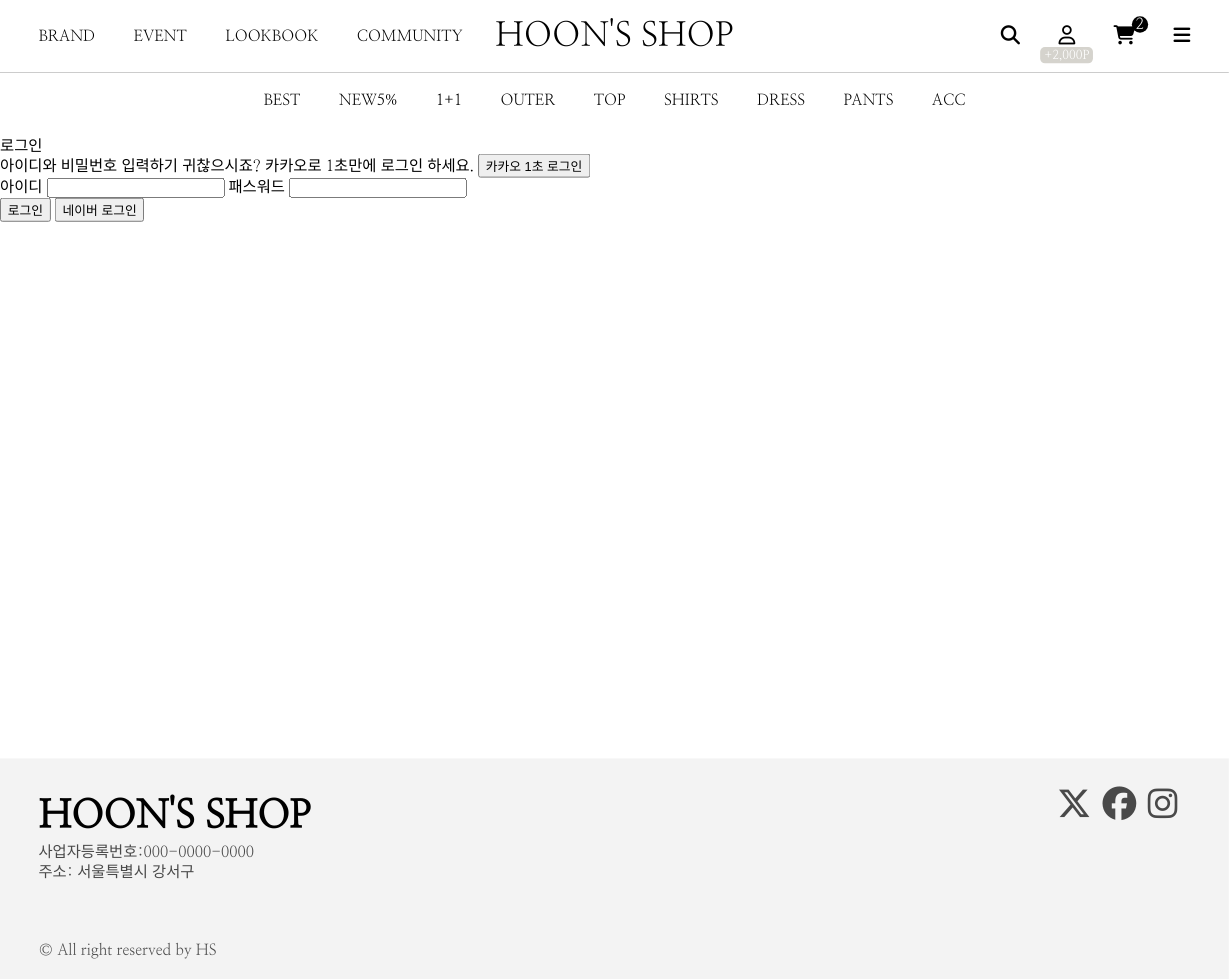
Repository: Iimchaehoon/cafeProject
Page: login.html
The author's editor kept a copy of each file at every save. The page is drawn from the files as they stood at one save, then again after the next save.
The browser window is 1280 px wide. The pictures show the whole page, at 96% of full size.
Some web libraries are served in a nearby version.

Above is the page before, as saved 2024-07-28 23:59:01.

After the next save:
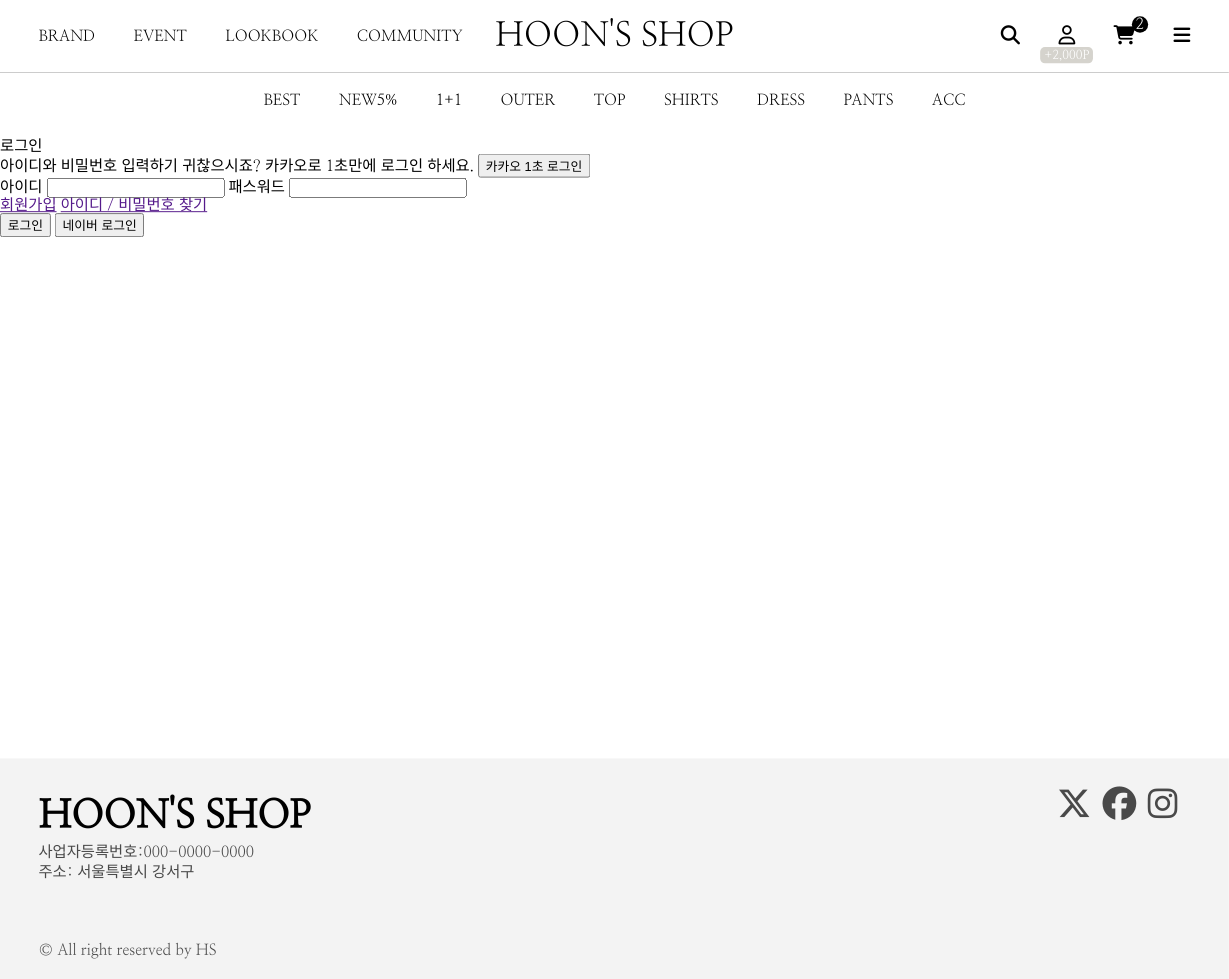
Saved 71 s later.
--- a/login.html
+++ b/login.html
@@ -69,6 +69,10 @@
           <span class="login__text">패스워드</span>
           <input id="login-password" type="password" class="login__input" />
         </label>
+        <div>
+          <a href="">회원가입</a>
+          <a href="">아이디 / 비밀번호 찾기</a>
+        </div>
       </form>
       <button class="login__btn">로그인</button>
       <button class="login__btn login__btn-naver">네이버 로그인</button>
